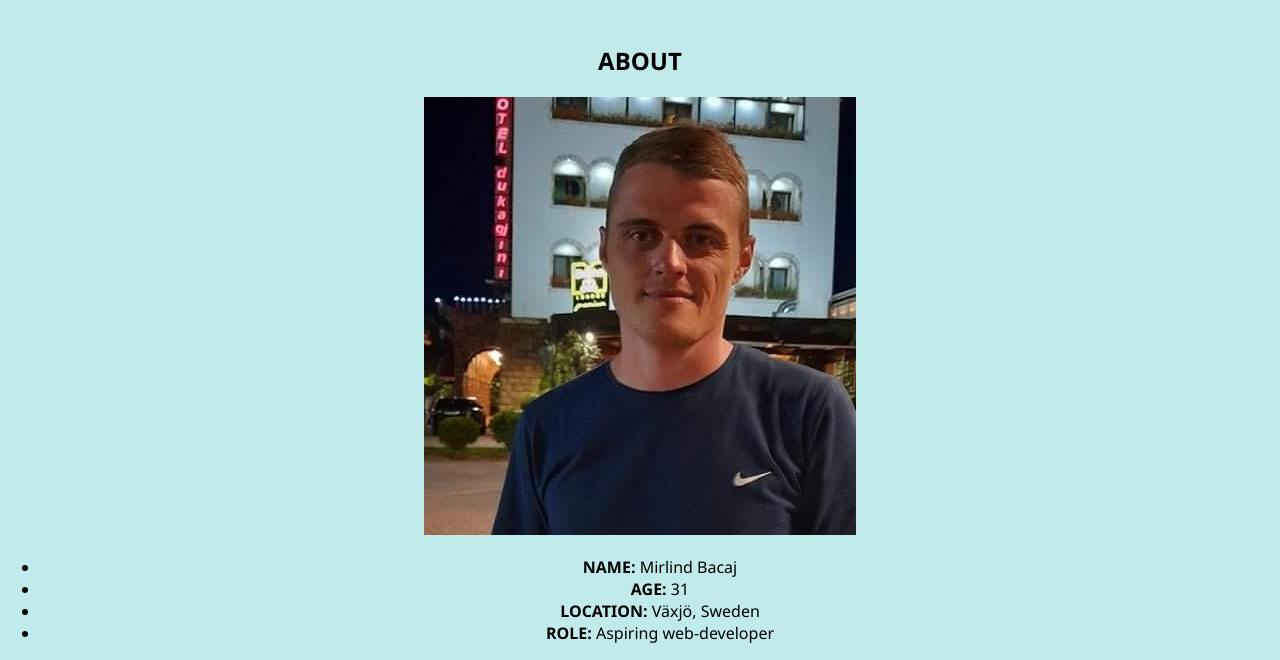
Repository: mirkbirki/mirkbirki.github.io
Page: index.html
The author's editor kept a copy of each file at every save. The page is drawn from the files as they stood at one save, then again after the next save.
The browser window is 1280 px wide. The pictures show the part of the page from y = 1989 to 2649 px (the page is 2649 px tall before and 2587 px after).
A picture or video elsewhere on the page could not be fetched, so the positions and the page height are approximate.

Above is the page before, as saved 2022-11-24 14:01:34.

### index.html
<!DOCTYPE html>
<html lang="en">
<head>
    <meta charset="UTF-8">
    <meta http-equiv="X-UA-Compatible" content="IE=edge">
    <meta name="viewport" content="width=device-width, initial-scale=1.0">
    <title>Mirlind's portfolio</title>
    <link rel="stylesheet" href="styles.css">
</head>
<body>
    <header>
        <div class="header-bar">
            <h1>Mirlind's portfolio</h1>
            <nav>
                <ul>
                    <li><a href="#skills">Skills</a></li>
                    <li><a href="#projects">Projects</a></li>
                    <li><a href="#about">About</a></li>
                    <li><a href="#contact">Contact</a></li>
                </ul>
            </nav>
        </div>
    </header>
    <div id="skills">
        <h2>SKILLS</h2>
        <div class="left-aligned-text">
            <p class="skills-text"><img class="img-skills" src="scroll.png" />Studied web-development for 6 months</p>
            <p class="skills-text"><img class="img-skills" src="desktop-computer.png" />Frontend specialized</p>
            <p class="skills-text"><img class="img-skills" src="git.png" />Basic knowledge with GIT</p>
            <p class="skills-text"><img class="img-skills" src="html5.png" />Basic knowledge with HTML5</p>
            <p class="skills-text"><img class="img-skills" src="css3.png" />Basic knowledge with CSS3</p>
            <p class="skills-text"><img class="img-skills" src="js.png" />Yet to start learning javascript</p>
        </div>
    </div>
    <div id="projects">
        <h2>PROJECTS</h2>
        <div class="grid-container-projects">
            <div class="grid-project-1">
                <h3>ESTIMERA</h3>
                <img class="img-project" src="estimera.PNG" />
                <p class="projects-text">This was a project which I received from my brother in law. He works for the swedish immigration department
                    and needed a tool which would help him calculate if an applicant is eligeble for work visa. I figured out the logic and
                    applied it in Python. My cousin set up the site using Python/Django and is maintaining it today.</p>
                <ul>
                    <li>Python •</li>
                    <li>HTML5 •</li>
                    <li>CSS3</li>
                </ul>
            </div>
            <div class="grid-project-2">
                <h3>NEXT PROJECT</h3>
                <img class="img-project" src="question-mark.png" />
                <p class="projects-text">Lorem ipsum dolor sit amet consectetur adipisicing elit. Eos labore quae, nisi voluptatibus earum, pariatur iusto, hic minima reiciendis
                    architecto voluptatum dolor quam consectetur explicabo? Modi iste possimus exercitationem minima.</p>
                <ul>
                    <li></li>
                    <li></li>
                    <li></li>
                </ul>
            </div>
        </div>
    </div>
    <div id="about">
        <h2>ABOUT</h2>
        <div class="grid-container-about">
            <div class="grid-about-img">
                <img class="img-about" src="jag.jpg"/>
            </div>
            <div class="grid-about-text">
                <!--<p class="about-text">I'm a self learning front-end developer. For the last
                    couple of months I've been learning through sololearn,
                    freeCodeCamp, by watching youtube videos and reading
                    books. I've read Pragmatic Guide to Git multiple times. I
                    recently started reading Jon Duckett's HTML&CSS.

                    My goal is to keep learning while still working my full-time
                    job as an associate nurse. My goal is to be able to get a job
                    as a front-end developer by 2024.</p>-->
                <ul>
                    <li><b>NAME:</b> Mirlind Bacaj</li>
                    <li><b>AGE:</b> 31</li>
                    <li><b>LOCATION:</b> Växjö, Sweden</li>
                    <li><b>ROLE:</b> Aspiring web-developer</li>
                </ul>
            </div>
        </div>
    </div>
</body>
</html>

### styles.css
* {
  font-family:'Segoe UI', Tahoma, Geneva, Verdana, sans-serif;
}

html {
  overflow-x: hidden;
}

body {
  margin: 0;
  width: 100%;
  background-color: rgb(193, 235, 235);
  overflow-x: hidden;
}

/* HEADER */

.header-bar {
  width: 100%;
  height: fit-content;
  background-color: black;
  border-top: 1px solid rgb(0, 0, 0);
  text-align: center;
}

.header-bar h1 {
  color: white;
  padding: 0;
  margin-top: 0.8rem;
}

nav ul {
  list-style-type: none;
  margin: 0 auto;
  padding: 0 0 0.8rem 0;
}

nav li {
  display: inline-block;
  padding-right: 1rem;
  margin-left: 1rem;
}

nav a {
  text-decoration: none;
  color: white;
}

nav a:hover {
  color: gray;
}

/* SKILLS */

#skills {
  width: 740px;
  margin: 5rem auto;
}

#skills h2 {
  text-align: center;
}

.left-aligned-text {
  width: 100%;
  text-align: left;
  margin: 0 auto;
}

.skills-text {
  padding: 0.5rem;
  margin-left: 11.5rem;
  font-weight: 500;
}

.img-skills {
  width: 9%;
  padding-right: 1rem;
  vertical-align: middle;
}

/* PROJECTS */

#projects {
  width: 80%;
  margin: 8rem auto;
  text-align: center;
}

.grid-container-projects {
  display: grid;
  grid-template-columns: auto auto;
  grid-template-rows: auto;
  text-align: center;
  height: 100%;
  margin: 0 auto;
  gap: 2em;
}

.grid-project-1 {
  text-align: center;
}

.grid-project-1 h3 {
  text-decoration: underline;
  text-decoration-thickness: 3px;
}

.img-project {
  display: block;
  width: 70%;
  height: 65%;
  margin: 0 auto;
}

.projects-text {
  margin: 0 auto;
  text-align: left;
  width: 65%;
  padding: 1rem 0 1rem 0;
  font-weight: 450;
}

#projects ul {
  list-style-type: none;
  text-align: center;
  margin: 0 auto;
  width: 80%;
  padding: 0;
}

#projects li {
  font-weight: bold;
  display: inline;
}

.grid-project-2 {
  text-align: left;
}

.grid-project-2 h3 {
  text-align: center;
  text-decoration: underline;
  text-decoration-thickness: 3px;
}

/* ABOUT */

#about {
  margin: 0 auto;
  text-align: center;
  border: 1px rgb(255, 25, 0);
}

#about h2 {
  border: 1px rgb(255, 25, 0);
}

.flex-container-about {
  display: flex;
  text-align: center;
  border: 1px rgb(255, 25, 0);
}

.flex-about-text {

}

@media screen and (max-width: 1280px) {

/* SKILLS */

  #skills {
    width: 740px;
    margin: 2rem auto;
  }

  /* PROJECTS */

  #projects {
    width: 80%;
    margin: 4rem auto;
  }

  .grid-container-projects {
    display: block;
  }

  .grid-project-1 {
    padding-top: 0.1rem;
  }

  .img-project {
    width: 50%;
    height: 30%;
  }

  .projects-text {
    width: 50%;
  }

  .grid-project-2 {
    padding-top: 1.5rem;
  }

}

@media screen and (max-width: 750px) {

  /* HEADER */

  nav li {
    padding-right: 0.5rem;
    margin-left: 0.5rem;
  }

  /* SKILLS */

  #skills {
    width: 500px;
  }

  .skills-text {
    margin-left: 4.5rem;
  }

 /* PROJECTS */

  #projects {
    width: 100%;
    margin: 4rem auto;
  }

  .img-project {
    width: 50%;
    height: 30%;
  }

}

@media screen and (max-width: 520px) {

  /* SKILLS */

  #skills {
    width: 300px;
  }

  .skills-text {
    margin: 0 auto;
    text-align: center;
  }

  .img-skills {
    margin: 0 175px 0 125px;
    width: 12%;
    padding: 0.5rem 0 0.2rem 0;
  }

  /* PROJECTS */

  .img-project {
    width: 50%;
    height: 30%;
  }

  .projects-text {
    font-size: 14px;
  }

  #projects li {
    font-size: 13px;
  }

}

After the next save:
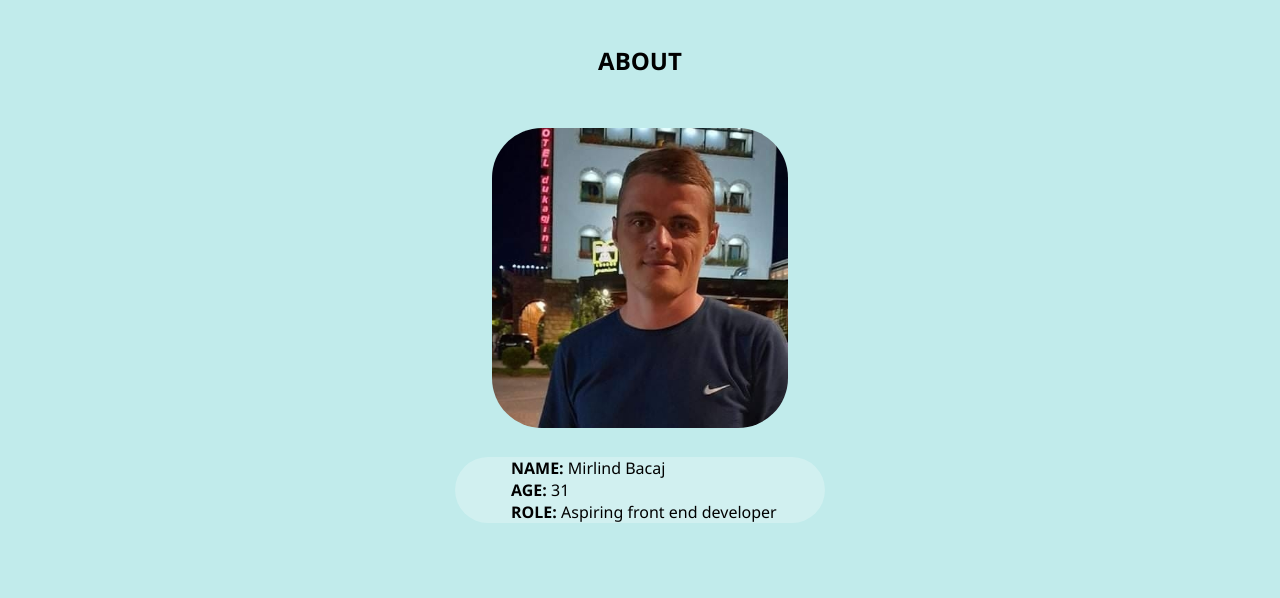
Saved 24 h 57 min later.
--- a/index.html
+++ b/index.html
@@ -62,25 +62,15 @@
     </div>
     <div id="about">
         <h2>ABOUT</h2>
-        <div class="grid-container-about">
-            <div class="grid-about-img">
-                <img class="img-about" src="jag.jpg"/>
+        <div class="flex-container-about">
+            <div class="flex-1-about">
+                <img class=about-img src="jag.jpg" />
             </div>
-            <div class="grid-about-text">
-                <!--<p class="about-text">I'm a self learning front-end developer. For the last
-                    couple of months I've been learning through sololearn,
-                    freeCodeCamp, by watching youtube videos and reading
-                    books. I've read Pragmatic Guide to Git multiple times. I
-                    recently started reading Jon Duckett's HTML&CSS.
-
-                    My goal is to keep learning while still working my full-time
-                    job as an associate nurse. My goal is to be able to get a job
-                    as a front-end developer by 2024.</p>-->
+            <div class="flex-2-about">
                 <ul>
                     <li><b>NAME:</b> Mirlind Bacaj</li>
                     <li><b>AGE:</b> 31</li>
-                    <li><b>LOCATION:</b> Växjö, Sweden</li>
-                    <li><b>ROLE:</b> Aspiring web-developer</li>
+                    <li><b>ROLE:</b> Aspiring front end developer</li>
                 </ul>
             </div>
         </div>
--- a/styles.css
+++ b/styles.css
@@ -134,36 +134,54 @@ nav a:hover {
   display: inline;
 }
 
+.grid-project-2 h3 {
+  text-align: center;
+  text-decoration: underline;
+  text-decoration-thickness: 3px;
+}
+
 .grid-project-2 {
   text-align: left;
 }
 
-.grid-project-2 h3 {
-  text-align: center;
-  text-decoration: underline;
-  text-decoration-thickness: 3px;
-}
-
 /* ABOUT */
 
 #about {
-  margin: 0 auto;
-  text-align: center;
-  border: 1px rgb(255, 25, 0);
-}
-
-#about h2 {
-  border: 1px rgb(255, 25, 0);
+  margin: 10rem auto;
+  width: 1280px;
+  text-align: center;
 }
 
 .flex-container-about {
+  margin: 3.2rem auto;
   display: flex;
-  text-align: center;
-  border: 1px rgb(255, 25, 0);
-}
-
-.flex-about-text {
-
+  flex-direction: row;
+  align-items: center;
+}
+
+.flex-1-about {
+  width: 50%;
+}
+
+.about-img {
+  width: 50%;
+  border-radius: 50px;
+}
+
+.flex-2-about {
+  width: 40%;
+}
+
+#about ul {
+  background-color: rgba(255, 255, 255, 0.25);
+  border-radius: 50px;
+  list-style-type: none;
+  font-size: 24px;
+  margin-left: 3.5rem;
+}
+
+#about li {
+  text-align: left;
 }
 
 @media screen and (max-width: 1280px) {
@@ -203,6 +221,40 @@ nav a:hover {
     padding-top: 1.5rem;
   }
 
+  /* ABOUT */
+
+  #about {
+    margin: 0 auto;
+    width: 740px;
+  }
+
+  .flex-container-about {
+    flex-direction: column;
+  }
+
+  .flex-1-about {
+    width: 100%;
+  }
+
+  .about-img {
+    width: 40%;
+  }
+
+  .flex-2-about {
+    width: 50%;
+  }
+
+  #about ul {
+    margin-left: 0;
+  }
+
+  #about li {
+    font-size: 16px;
+    font-weight: 500;
+    text-align: left;
+    margin-left: 1rem;
+  }
+
 }
 
 @media screen and (max-width: 750px) {
@@ -234,6 +286,32 @@ nav a:hover {
   .img-project {
     width: 50%;
     height: 30%;
+  }
+
+  /* ABOUT */
+
+  #about {
+    width: 100%;
+  }
+
+  .about-img {
+    min-width: 240px;
+    width: 45%;
+  }
+
+  #about ul {
+    border-radius: 20px;
+    width: fit-content;
+    padding: 0.3rem;
+    font-size: 16px;
+    margin: 1rem auto;
+  }
+
+  #about li {
+    font-size: 15px;
+    font-weight: 500;
+    text-align: left;
+    margin-left: 1rem;
   }
 
 }
@@ -272,4 +350,14 @@ nav a:hover {
     font-size: 13px;
   }
 
-}
+  /* ABOUT */
+
+  #about ul {
+    width: 100%;
+  }
+
+  #about li {
+    font-size: 14px;
+  }
+
+}
